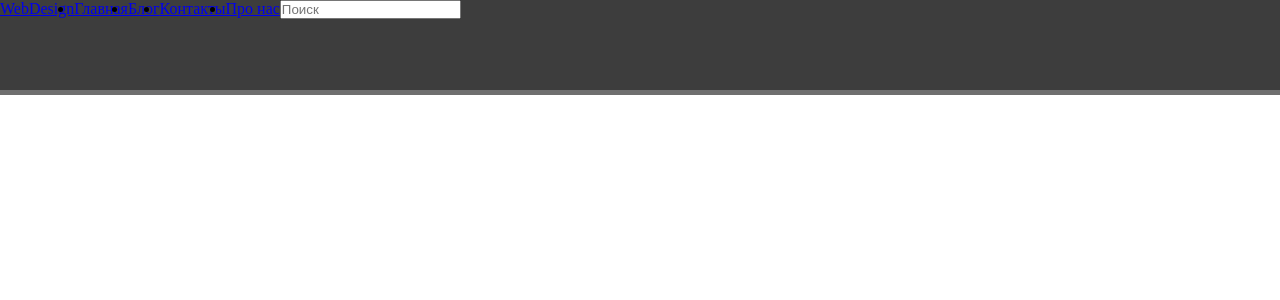
Repository: andbaik/Itprog
Page: index.htm
An editor plug-in stored every save of this project. The page is shown before and after the next save, followed by the edit.
The browser window is 1280 px wide. The pictures show the whole page.

Above is the page before, as saved 2021-01-19 15:37:37.

After the next save:
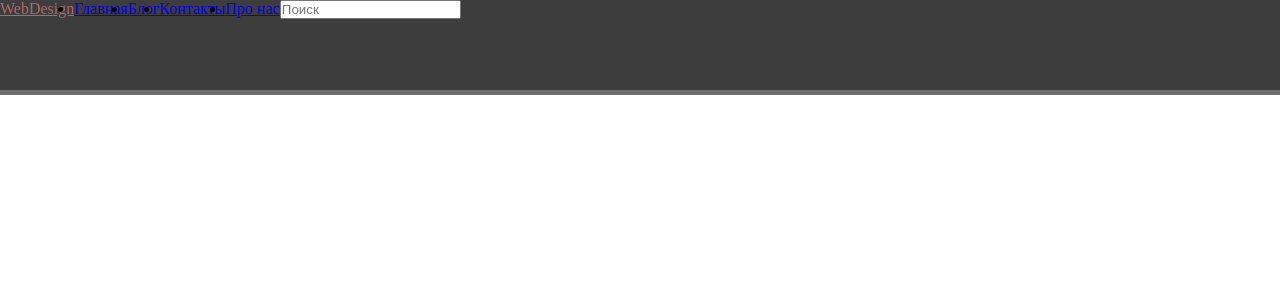
Saved 14 s later.
--- a/css/style.css
+++ b/css/style.css
@@ -12,7 +12,7 @@
     border-bottom: 5px solid #6F6F6F;
 
 }
-.logo{
+.logo a{
     color: #B36767;
 }
 .header ul {
